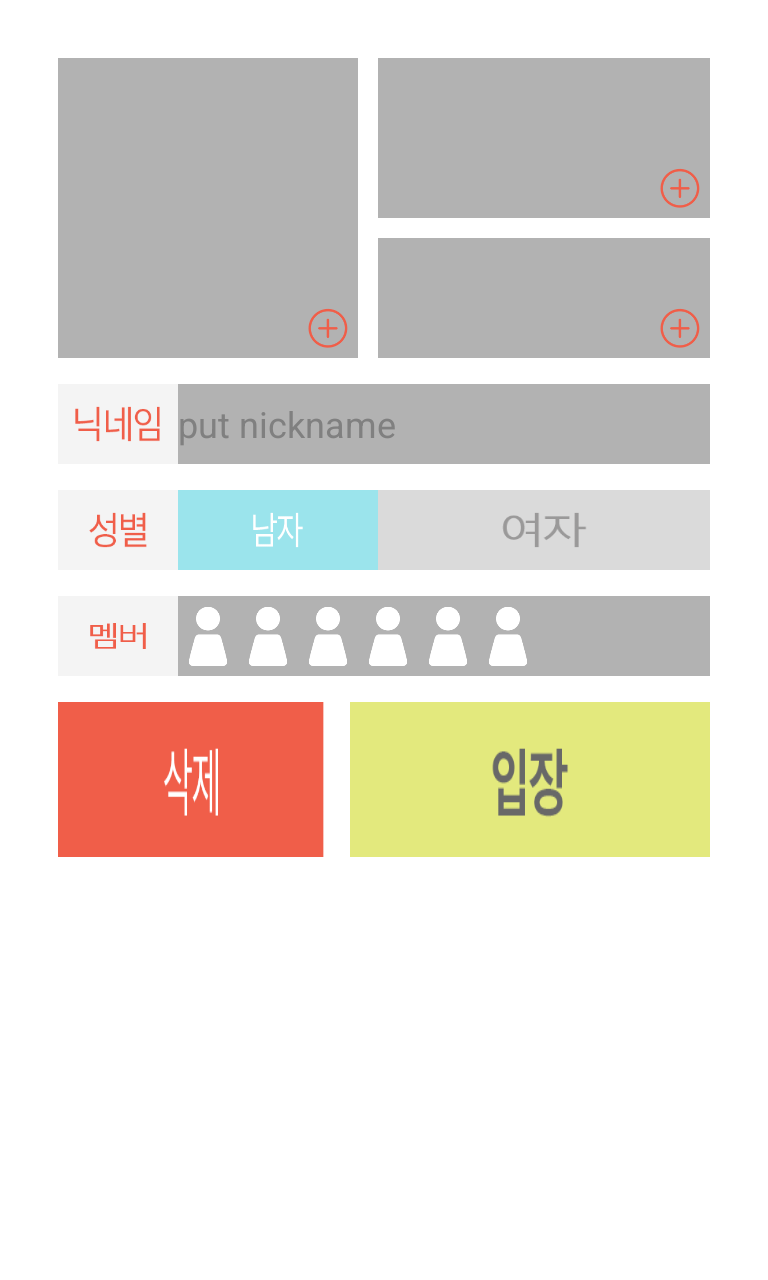
Repository: dokwon/mingle_final_client
Layout: mingle/res/layout/activity_main.xml
The author's editor kept a copy of each file at every save. The layout is drawn from the files as they stood at one save, then again after the next save.
It is drawn on a 768 x 1280 px phone screen (xhdpi) without system bars, with theme ProfileTheme; the app's code is not run. The app's manifest (not shown) leaves right-to-left support off. So textAlignment, textDirection and layoutDirection are ignored, and left and right values win over start and end ones.

Above is the layout before, as saved 2014-08-04 06:00:05.

After the next save:
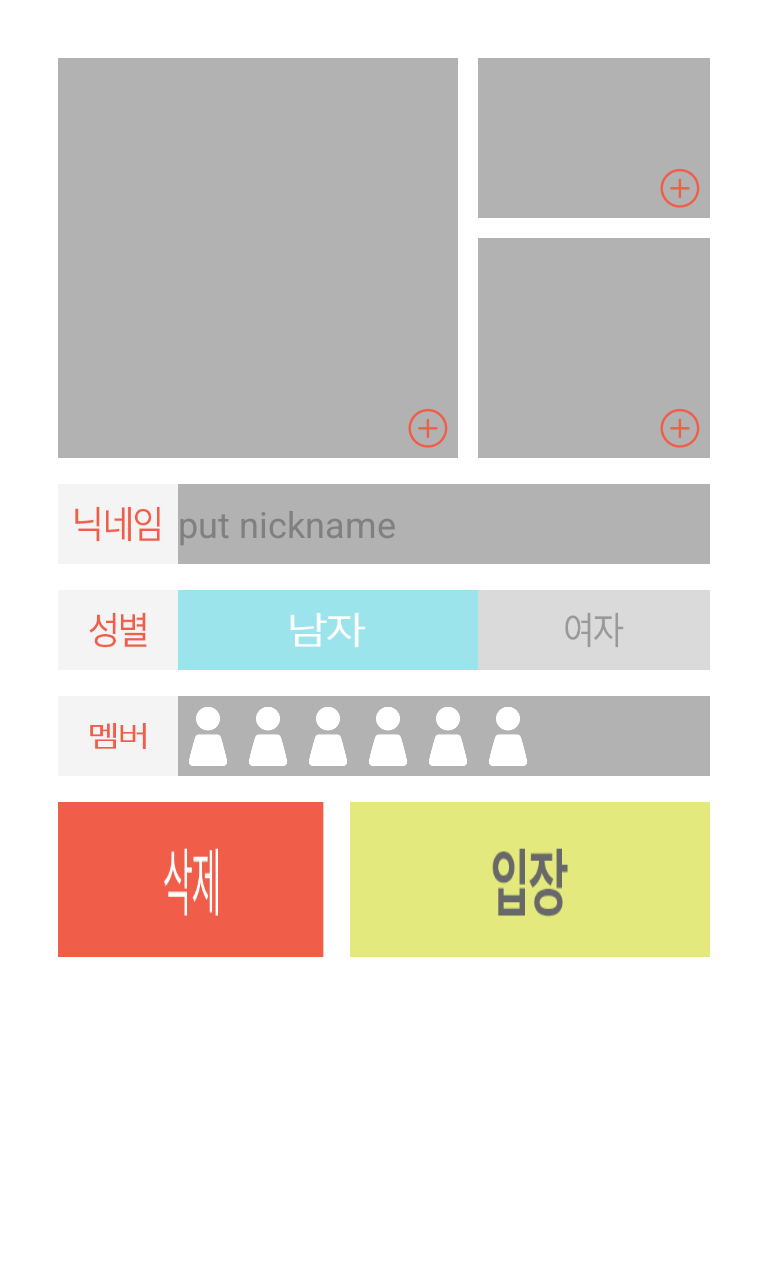
Saved 53 s later.
--- a/mingle/res/layout/activity_main.xml
+++ b/mingle/res/layout/activity_main.xml
@@ -20,8 +20,8 @@
 							-->
 	<ImageView
 	    android:id="@+id/photoView1"
-	    android:layout_height="150dp"
-	    android:layout_width="150dp"
+	    android:layout_height="@dimen/photo_view_size"
+	    android:layout_width="@dimen/photo_view_size"
 	    android:layout_marginLeft="@dimen/option_margin"
 	    android:layout_marginTop="@dimen/option_margin"
 	    android:layout_alignParentStart="true"
